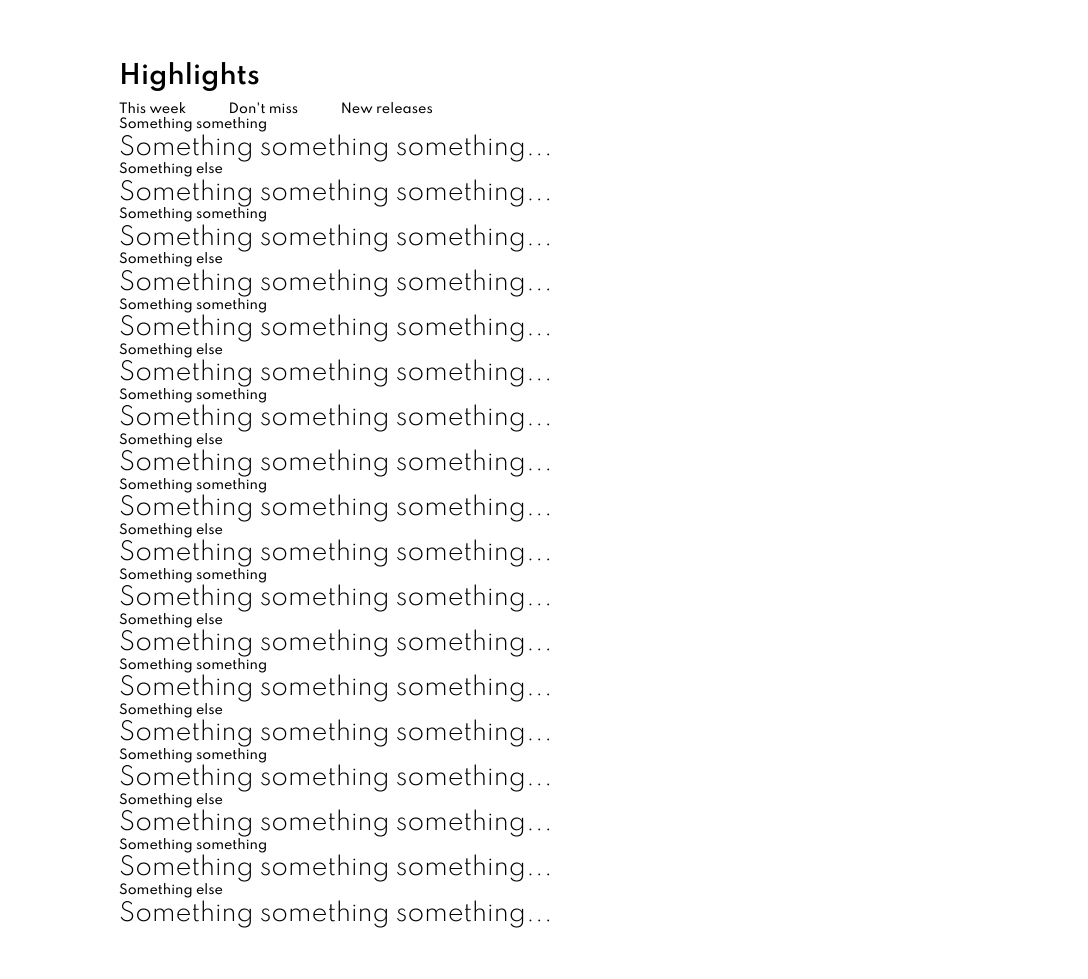
Repository: vvogt/fameworks_vv
Page: /
The author's editor kept a copy of each file at every save. The page is drawn from the files as they stood at one save, then again after the next save.
The browser window is 1280 px wide. The pictures show the part of the page from y = 607 to 1892 px (the page is 1759 px tall before and 1892 px after), at 85% of full size.
Pictures or frames that could not be fetched are drawn as grey boxes. The project was rebuilt for these pictures with package versions that can differ from the ones it lists, and the page was loaded fresh each time. Also part of the build but not shown: src/components/NotFound.js. Imported but missing from the stored project, and not drawn on this page: src/assets/videos/seald_fullhd.mp4.

Above is the page before, as saved 2020-03-28 17:35:54.

After the next save:
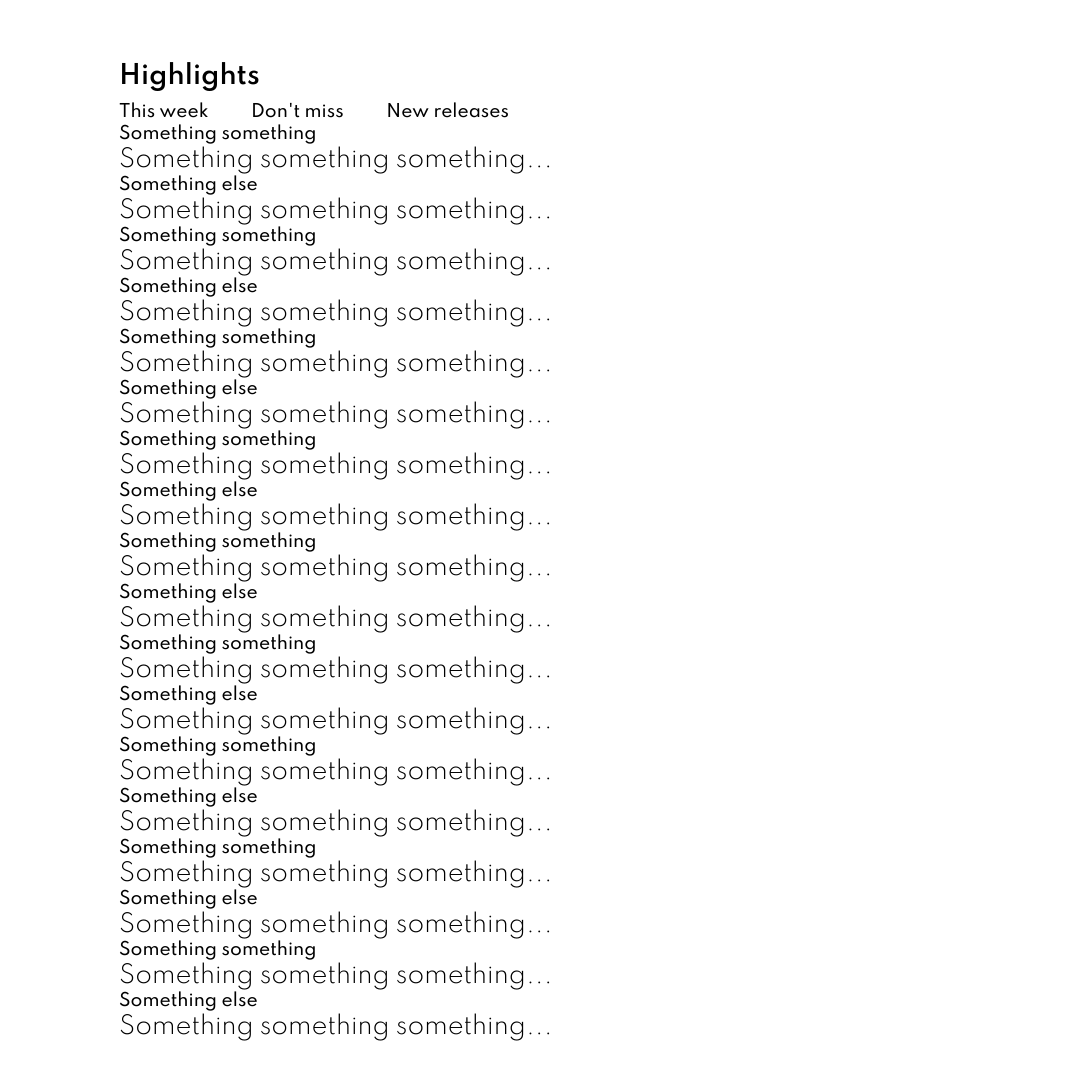
Saved 78 s later.
--- a/src/scss/_base.body.scss
+++ b/src/scss/_base.body.scss
@@ -80,8 +80,8 @@
 }
 
 h3 {
-  font-size: rem-calc(15);
-  line-height: rem-calc(18);
+  font-size: rem-calc(20);
+  line-height: rem-calc(25);
 }
 
 h4 {
